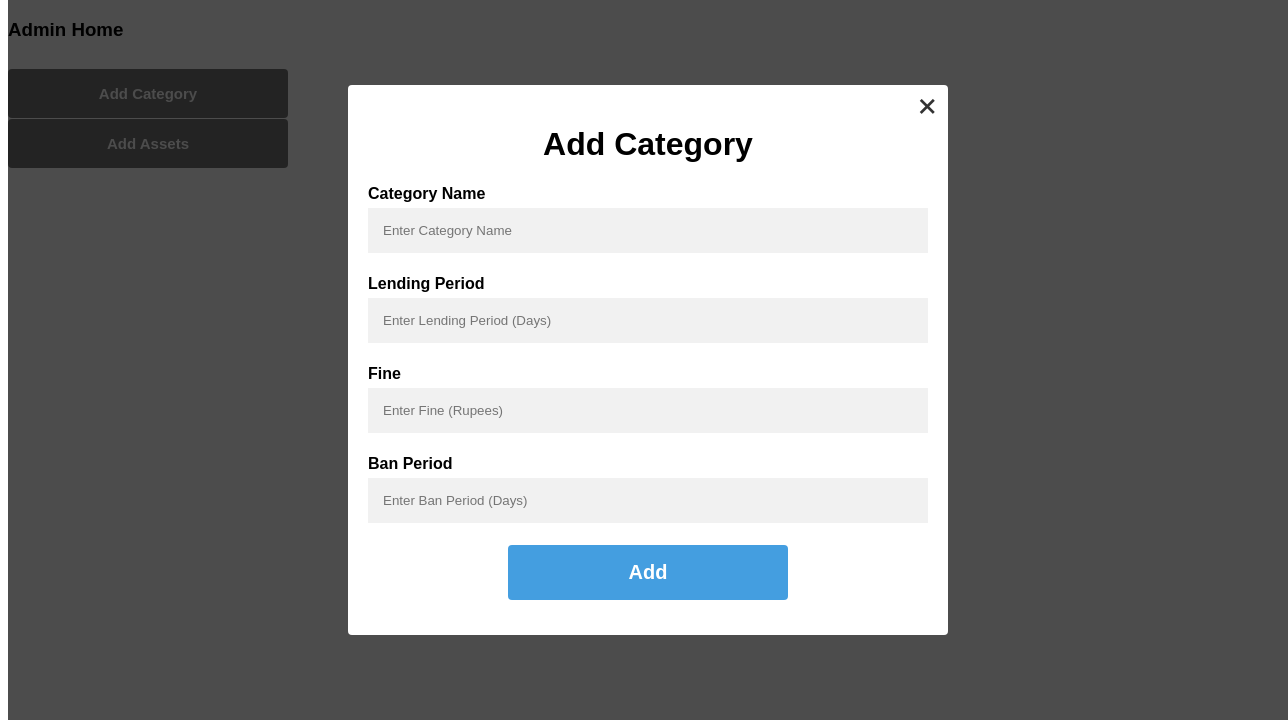
Repository: DhruvKaushal/CodeFury_404Found
Page: http://localhost/e-assets/adminhome.jsp
An editor plug-in stored every save of this project. The page is shown before and after the next save, followed by the edit.
The browser window is 1280 px wide. The page is 1288 px wide, then 1280 px, so the pictures cover 1288 px, including what lies to the right of the window. The pictures show the whole page.
After loading, the first visible `button.open-type-button` was clicked once.
The page is served by Tomcat 9. Other server files are loaded and not shown.

Above is the page before, as saved 2020-10-05 17:51:00.

### Aditya's New/E-Assets-Management/e-assets/WebContent/adminhome.jsp
<%@ page language="java" contentType="text/html; charset=ISO-8859-1"
    pageEncoding="ISO-8859-1"%>
<!DOCTYPE html>
<html>
<head>
<meta charset="ISO-8859-1">
<link rel="stylesheet" href="addassets.css">
<title>Insert title here</title>
</head>
<body>
	<script src="admin.js"></script>
	<h3>Admin Home</h3>

  	<button class="open-type-button" onclick="openForm1()">Add Category</button>
 	<button class="open-assets-button" onclick="openForm2()">Add Assets</button>

    <div class="bg-modal" id="myForm2">
        	<div class="modal-content">

            <div class="close" onclick="closeForm2()">+</div>


            <form action="AddAssetsServlet" method = "post">
            	<h1>Add Assets</h1>
            	<label><b>Name</b></label><br />
                	<input type="text" placeholder="Enter Asset Name" name = "name" required>


                <label><b>Category</b></label><br />
                	<input type="text" placeholder="Enter Category" name = "category">



                <label><b>Description</b></label><br />
                	<input type="text" placeholder="Enter Description" name = "description" required>

                 <label><b>Quantity</b></label><br />
                	<input type="text" placeholder="Enter Quantity" name = "quantity">

                  <button type="submit" class="btn"><b>Add</b></button>
        	</form>

        </div>
    </div>


    <div class="bg-modal" id="myForm1">
        	<div class="modal-content">

            <div class="close" onclick="closeForm1()">+</div>


            <form action="AddAssetTypeServlet" method = "post">
            	<h1>Add Category</h1>
            	<label><b>Category Name</b></label><br />
                	<input type="text" placeholder="Enter Category Name" name = "type" required>

                <label><b>Lending Period</b></label><br />
                	<input type="text" placeholder="Enter Lending Period (Days)" name = "borrow" required>

                 <label><b>Fine</b></label><br />
                	<input type="text" placeholder="Enter Fine (Rupees)" name = "fine" required>

                <label><b>Ban Period</b></label><br />
                	<input type="text" placeholder="Enter Ban Period (Days)" name = "ban" required>

                  <button type="submit" class="btn"><b>Add</b></button>
        	</form>

        </div>
    </div>



	<script>
	function openForm1() {
  		document.getElementById("myForm1").style.display = "flex";
	}

	function closeForm1() {
  	document.getElementById("myForm1").style.display = "none";
	}

	function openForm2() {
  		document.getElementById("myForm2").style.display = "flex";
	}

	function closeForm2() {
  	document.getElementById("myForm2").style.display = "none";
	}
	</script>

</body>
</html>

### Aditya's New/E-Assets-Management/e-assets/WebContent/addassets.css
body {font-family: Arial, Helvetica, sans-serif;}
* {box-sizing: border-box;}

h1 {
    text-align:center;
}

.open-assets-button {
  background-color: #555;
  color: white;
  padding: 16px 20px;
  border-radius: 4px;
  border: none;
  cursor: pointer;
  opacity: 0.8;
  position: fixed;
  width: 280px;
  margin-top: 60px;
  font-weight: bold;
  font-size: 15px;
  display: inline-block;
}

.open-type-button {
  background-color: #555;
  color: white;
  padding: 16px 20px;
  border-radius: 4px;
  border: none;
  cursor: pointer;
  opacity: 0.8;
  position: fixed;
  width: 280px;
  margin-top: 10px;
  font-weight: bold;
  font-size: 15px;
  display: inline-block;
}

.close-button {
  background-color: red;
  color: white;
  padding: 16px 20px;
  border-radius: 4px;
  border: none;
  cursor: pointer;
  opacity: 0.8;
  width: 47%;
  position: absolute;
  bottom: 35px;
  font-size: 20px;
  margin-left: 23%;
  font-weight: bold;

  display:block;
}

.bg-modal {
	width: 100%;
	height: 100%;
	background-color: rgba(0,0,0,0.7);
	position: absolute;;
	top: 0;
	display: flex;
	justify-content: center;
	align-items: center;
	display: none;

}

.bg-modal2 {
	width: 100%;
	height: 100%;
	background-color: rgba(0,0,0,0.7);
	position: absolute;;
	top: 0;
	display: flex;

	justify-content: center;
	align-items: center;


}

.modal-content {
	width: 600px;
	height: 550px;
	background-color: white;
	border-radius: 4px;
	padding: 20px;
	position: relative;
}



input{
  width: 100%;
  padding: 15px;
  margin: 5px 0 22px 0;
  border: none;
  background: #f1f1f1;
}


.btn {
  background-color: #1686d9;
  color: white;
  border-radius: 4px;
  padding: 16px 20px;
  border: none;
  cursor: pointer;
  width: 50%;
  margin-top: 20px;
  margin: auto;
  opacity: 0.8;
  font-size: 20px;

  display:block;

}


.btn:hover, .open-assets-button:hover, .open-type-button:hover {
  opacity: 1;
}

.close {
	position: absolute;
	top: 0;
	right: 10px;
	font-size: 38px;
	color: #333;
	transform: rotate(45deg);
	cursor: pointer;
}

.close:hover {
		color: #666;
	}

Loaded but not shown: Aditya's New/E-Assets-Management/e-assets/WebContent/admin.js (common file)

After the next save:
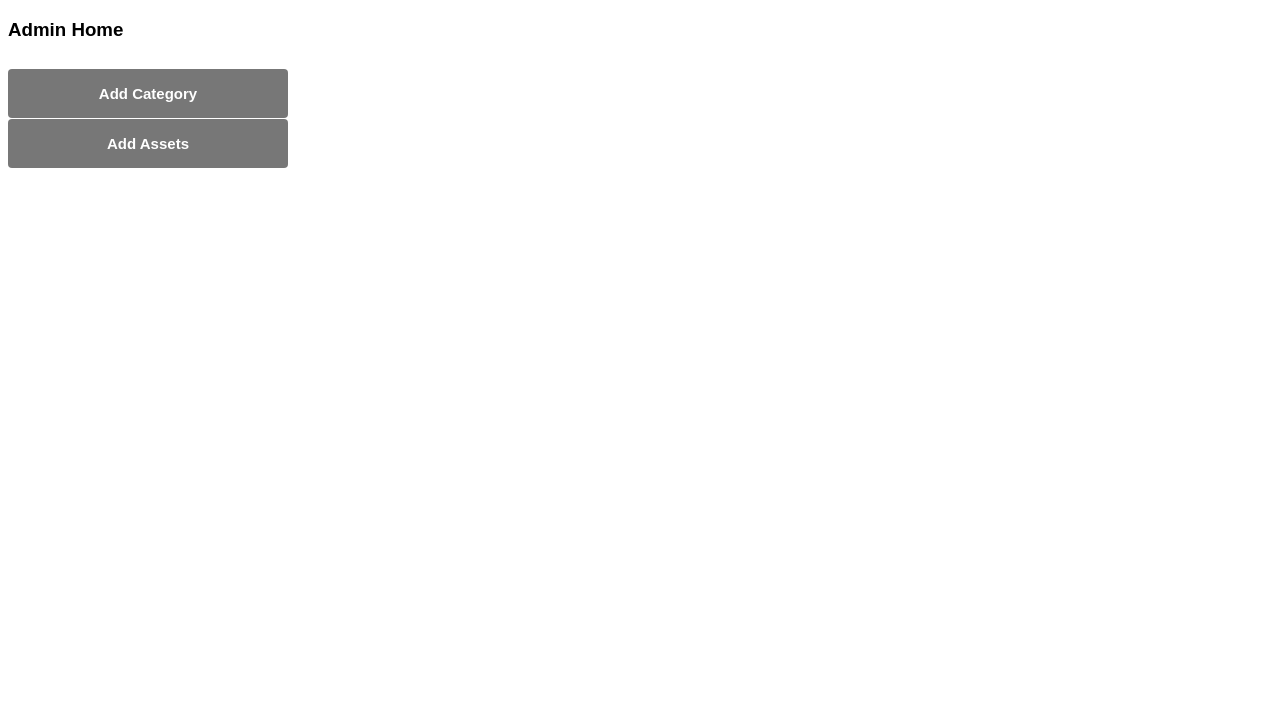
Console error: ReferenceError: openForm1 is not defined
Saved 10 s later.
--- a/Aditya's New/E-Assets-Management/e-assets/WebContent/adminhome.jsp
+++ b/Aditya's New/E-Assets-Management/e-assets/WebContent/adminhome.jsp
@@ -71,24 +71,5 @@
     </div>
 
 
-
-	<script>
-	function openForm1() {
-  		document.getElementById("myForm1").style.display = "flex";
-	}
-
-	function closeForm1() {
-  	document.getElementById("myForm1").style.display = "none";
-	}
-
-	function openForm2() {
-  		document.getElementById("myForm2").style.display = "flex";
-	}
-
-	function closeForm2() {
-  	document.getElementById("myForm2").style.display = "none";
-	}
-	</script>
-
 </body>
 </html>
